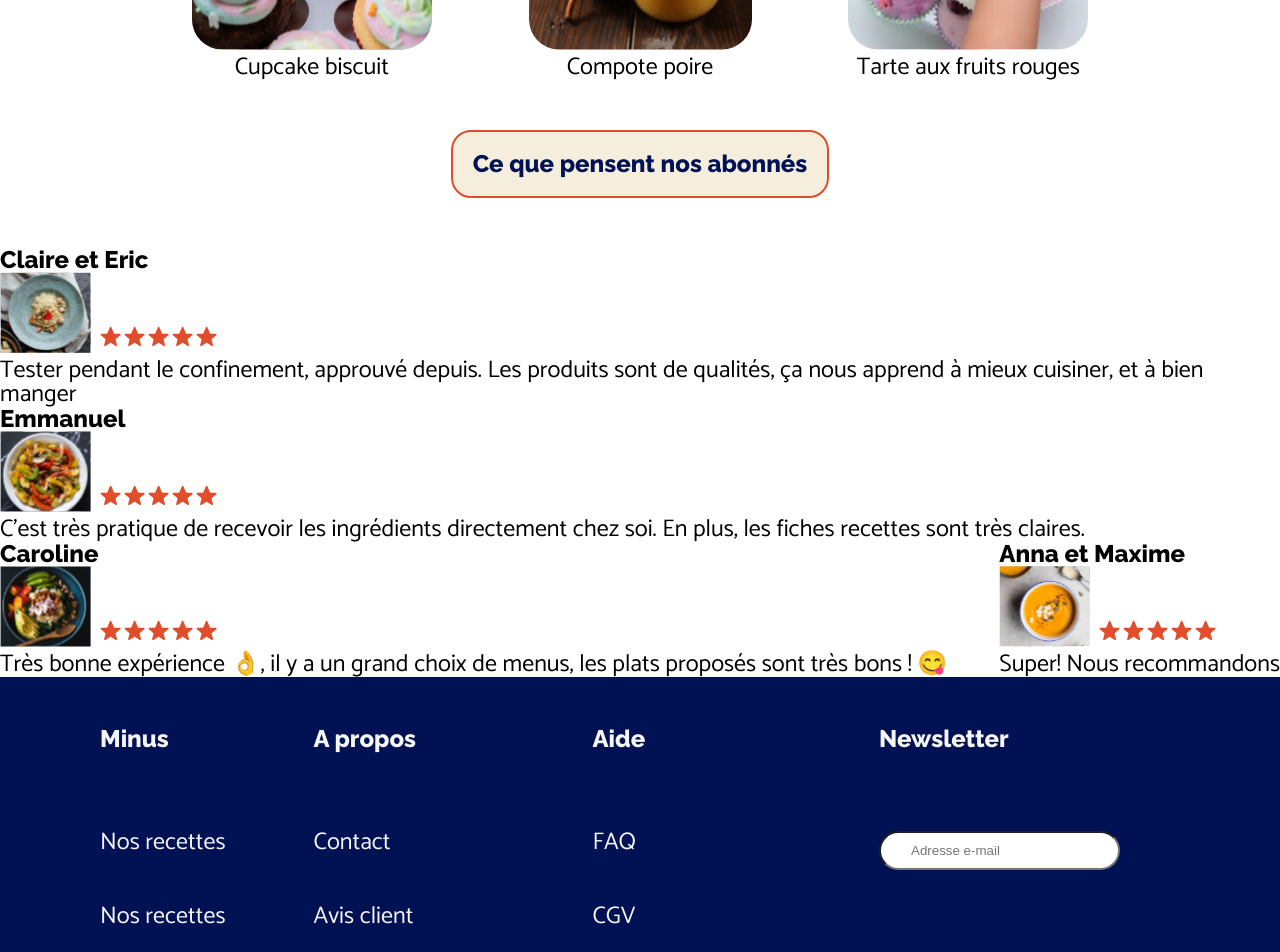
Repository: minus-team7/minus_team7
Page: minus_homepage.html
The author's editor kept a copy of each file at every save. The page is drawn from the files as they stood at one save, then again after a run of saves.
The browser window is 1280 px wide. The pictures show the part of the page from y = 2524 to 3476 px (the page is 3702 px tall before and 3528 px after).
A picture or video elsewhere on the page could not be fetched, so the positions and the page height are approximate.

Above is the page before, as saved 2023-02-13 00:16:55.

### minus_homepage.html
<!DOCTYPE html>
<html lang="en">
<head>
    <meta charset="UTF-8">
    <meta http-equiv="X-UA-Compatible" content="IE=edge">
    <meta name="viewport" content="width=device-width, initial-scale=1.0">
    <link rel="preconnect" href="https://fonts.googleapis.com">
    <link rel="preconnect" href="https://fonts.gstatic.com" crossorigin>
    <link href="https://fonts.googleapis.com/css2?family=Catamaran:wght@100;200;300;400;500;700&family=Raleway:ital,wght@0,100;0,400;0,600;0,800;1,100&display=swap" rel="stylesheet">
    <link rel="stylesheet" href="reset.css">
    <link rel="stylesheet" href="minus_homepage.css">
    <title>Document</title>

</head>
<body>

    <div class="box">
        <img src="/assets/homepage_boxminus.svg" alt="homepage_boxminus">
    </div>

    <div class="bouton">
        <a href="#">Nos engagements</a>
    </div>
    <section class="nos-engagements">

        <div class="engagement">
            <img src="/assets/engagement_icone_qualite_produits.svg" alt="engagement_icone_qualite_produits">
            <h2>Qualité des produits</h2>
            <p>Nous travaillons avec les meilleurs fournisseurs pour sélectionner les ingrédients les plus frais et les plus savoureux.</p>
        </div>

        <div class="engagement">
            <img src="/assets/icone_notreexpertise_chef.svg" alt="icone_notreexpertise_chef">
            <h2>Notre expertise</h2>
            <p>Chaque produit est soumis à des contrôles rigoureux pour vous garantir des ingrédients de haute qualité.</p>
        </div>

        <div class="engagement">
            <img src="/assets/icone_livraison_camion.svg" alt="icone_livraison_camion">
            <h2>Livraison sur le lieu de garde de votre enfant</h2>
            <p>Nous adaptons la livraison selon vos demandes afin de vous garantir un service adéquat</p>
        </div>

        <div class="engagement">
            <img src="/assets/icone_varietes_recettes_bolcuisine.svg" alt="icone_varietes_recettes_bolcuisine">
            <h2>Variété des recettes</h2>
            <p> Nous vous offrons une gamme de recettes pour répondre à tous les goûts et toutes les envies.</p>
        </div>

    </section>

    <div class="bouton">
        <a href="#">Nos recettes</a>
    </div>

    <section class="nos-recettes">
        <div class="recette">
            <img src="/assets/recette_spaghetti_olive.svg" alt="recette_spaghetti_olive">
            <p>Spaghetti aux olives</p>

            <img src="/assets/recette_escalope_chèvre_épinards.svg" alt="recette_escalope_chèvre_épinards">
            <p>Escalope de chèvre</p>
        </div>

        <div class="recette">
            <img src="/assets/couscous_legumes_bio.svg" alt="couscous_legumes_bio">
            <p>Couscous légumes bio</p>

            <img src="/assets/recette_puree_legumes_vert.svg" alt="recette_puree_legumes_vert">
            <p>Purée légumes verts</p>


        </div>

        <div class="recette">
            <img src="/assets/recette_croissant_poulet_champi.svg" alt="recette_croissant_poulet_champi">
            <p>Croissants poulet</p>


            <img src="/assets/recette_spaghetti_olive.svg" alt="recette_spaghetti_olive">
            <p>Spaghetti aux olives</p>
        </div>

    </section>

    <div class="bouton">
        <a href="#">Bonus: Les p'tits desserts</a>
    </div>

    <section class="nos-desserts">

            <img src="/assets/carroussel_flèche_gauche.svg" alt="carroussel_flèche_gauche">
        <div class="dessert">
            <img src="/assets/photo_dessert_cupcake_biscuit.svg" alt="photo_dessert_cupcake_biscuit">
            <p>Cupcake biscuit</p>
        </div>

        <div class="dessert">
            <img src="/assets/photo_dessert_compotepoire.svg" alt="photo_dessert_compotepoire">
            <p>Compote poire</p>
        </div>

        <div class="dessert">
            <img src="/assets/photo_dessert_fruitsrougesrose.svg" alt="photo_dessert_fruitsrougesrose">
            <p>Tarte aux fruits rouges</p>
        </div>

            <img src="/assets/carroussel_fleche_droite.svg" alt="carroussel_fleche_droite">
    </section>


    <div class="bouton">
        <a href="#">Ce que pensent nos abonnés</a>
    </div>

    <section class="nos-avis">
        <div class="avis">
            <h2>Claire et Eric</h2>
            <img src="/assets/avis_plat_claireeteric_pancakes.svg" alt="avis_plat_claireeteric_pancakes">
            <img src="/assets/avis_étoiles.svg" alt="avis-étoiles">
            <p>Tester pendant le confinement, approuvé depuis. Les produits sont de qualités, ça nous apprend à mieux cuisiner, et à bien manger</p>
        </div>

        <div class="avis">
            <h2>Emmanuel</h2>
            <img src="/assets/avis_plat_emmanuel_poivrons.svg" alt="avis_plat_emmanuel_poivrons">
            <img src="/assets/avis_étoiles.svg" alt="avis-étoiles">
            <p>C'est très pratique de recevoir les ingrédients directement chez soi. En plus, les fiches recettes sont très claires.</p>
        </div>

        <div class="avis">
            <h2>Caroline</h2>
            <img src="/assets/avis_plat_caroline_quinoabowl.svg" alt="avis_plat_caroline_quinoabowl">
            <img src="/assets/avis_étoiles.svg" alt="avis-étoiles">
            <p>Très bonne expérience 👌, il y a un grand choix de menus, les plats proposés sont très bons ! 😋</p>
        </div>

        <div class="avis">
            <h2>Anna et Maxime</h2>
            <img src="/assets/avis_plat_annaetmaxime_soupepotiron.svg" alt="avis_plat_annaetmaxime_soupepotiron">
            <img src="/assets/avis_étoiles.svg" alt="avis-étoiles">
            <p>Super! Nous recommandons</p>
        </div>




    </section>








    <!-- footer  -->
    <div class="footer">
        <ul>
            <li class="titre-footer">Minus</li>
            <li><a href="#"> Nos recettes</a></li>
            <li><a href="#"> Nos recettes</a></li>
            <li><a href="#"> Livraison</a></li>
        </ul>
        <ul>
            <li class="titre-footer">A propos</li>
            <li><a href="#"> Contact</a></li>
            <li><a href="#"> Avis client</a></li>
            <li><a href="#"> Qui sommes-nous?</a></li>
        </ul>
        <ul>
            <li class="titre-footer">Aide</li>
            <li><a href="#"> FAQ</a></li>
            <li><a href="#"> CGV</a></li>
            <li><a href="#"> Preferences cookies</a></li>
        </ul>
        <ul>
            <li class="titre-footer">Newsletter</li>
            <li>
                <input class="newsletter" type="text" placeholder="Adresse e-mail">
            </li>
            <li>
                <ul class="reseaux-sociaux">
                    <li><a href="#"><img src="/assets/logo_facebook.svg" alt="fb"></a></li>
                    <li><a href="#"><img src="/assets/logo_instagram.svg" alt="insta"></a></li>
                    <li><a href="#"><img src="/assets/logo_twitter.svg" alt="twitter"></a></li>
                </ul>
            </li>
            <li class="logo-minus-footer"><a href="#"> <img src="/assets/Logo_minus_rondtête.svg" alt="logo-minus-footer"></a></li>

        </ul>


    </div>
</body>
</html>

### minus_homepage.css
/* footerr */
body{
    font-family: 'Catamaran',sans-serif;
    font-size: 24px;
}


h2{
    font-family: 'Raleway',sans-serif;
    font-weight: bold;
}


.box img{
    width: 70%;
    display: flex;
    margin: 50px auto;

}

.bouton{
    display: flex;
    align-items: center;
    justify-content: center;
    margin: 50px 0;
}

.bouton a{
    border:#E14D2A 2px solid;
    border-radius: 20px;
    padding: 20px;
    background-color: #F5EEDC;
    text-decoration: none;
    font-family: 'Raleway',sans-serif;
    font-weight: bold;
    color: #001253;

}

.nos-engagements{
    display: flex;
    flex-direction: row;
    flex-wrap: wrap;
    justify-content: space-between;
    margin-bottom: 100px;

}
.engagement{
    width: 20%;
    display: flex;
    flex-direction: column;
    min-width: 220px;
    margin-right: 30px;
    align-items: center;
    text-align: center;
}

.engagement h2, .engagement p{
    margin: 10px 0;
}

.nos-recettes{
    display: flex;
    justify-content: space-around;
    flex-wrap: wrap;
}

.recette{
    display: flex;
    flex-direction: column;
}

.recette p{
    margin-bottom: 50px;
    margin-top: 20px;
    text-align: center;
}

.nos-desserts{
    display: flex;
    justify-content: space-between;
    flex-wrap: wrap ;
    text-align: center;
}

.nos-avis{
    display: flex;
    justify-content: space-between;
    flex-wrap: wrap;
}

.footer{

    display: flex;
    flex-direction: row;
    justify-content: space-between;
    background-color:  #001253;
    color: #f6f6f6;
    padding: 0 100px;
    flex-wrap: wrap;
}

.footer ul{
    list-style-type: none;
    margin-right: 60px;

}

.footer ul li{
    margin-top: 50px;
}
.footer a{
    text-decoration: none;
    color: #f6f6f6;
}
.footer a:hover{
    text-decoration:underline;
    color: #E14D2A;
}
.titre-footer{
    font-weight: bold;
    margin-bottom: 80px;
    font-family: 'raleway',sans-serif;

}
.newsletter{
    padding: 10px 30px;
    border-radius: 20px
}
.reseaux-sociaux{
    width: 100%;
    display: flex;
    flex-direction: row;
    justify-content: space-between;
}
.logo-minus-footer{
    display: flex;
    justify-content: center;
}

Loaded but not shown: reset.css (common file)

After the next 8 saves:
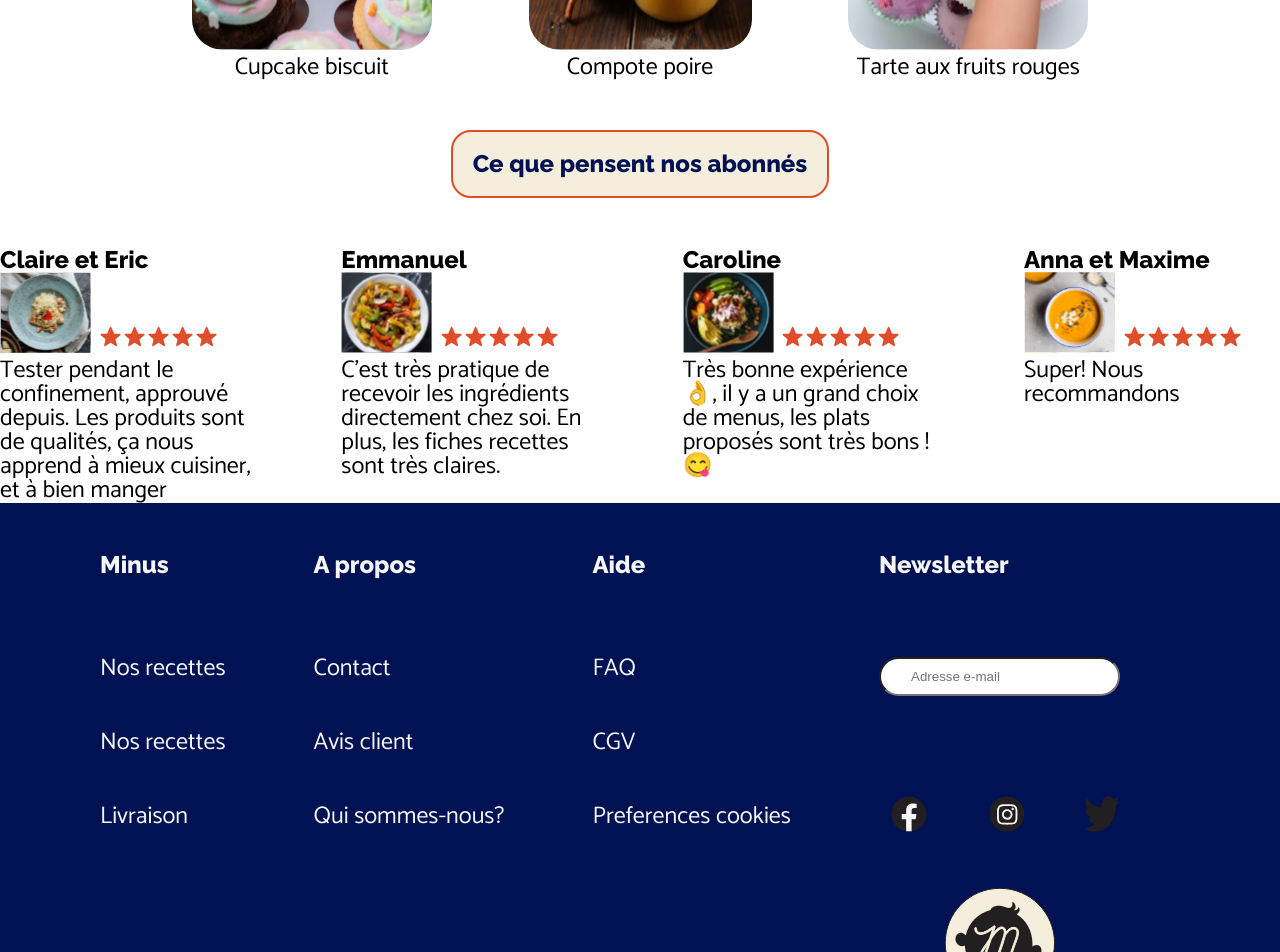
The 8 saves are shown as one change because they came seconds apart.
The last was saved 27 s later.
--- a/minus_homepage.css
+++ b/minus_homepage.css
@@ -89,6 +89,11 @@ h2{
     flex-wrap: wrap;
 }
 
+.avis{
+    width: 20%;
+    min-width: 220px;
+}
+
 .footer{
 
     display: flex;
